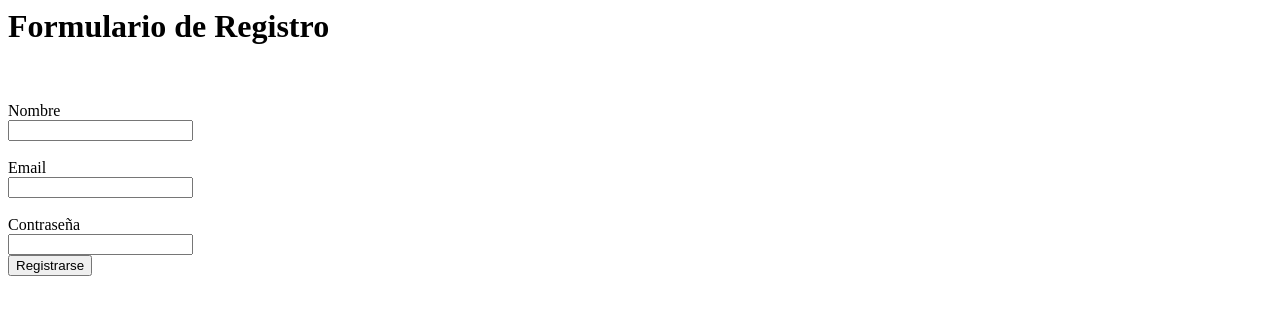
Repository: Oventura19/ejercicios-express-mongo
Page: http://localhost/register
These files come from the project's save history. The page is drawn as it stood at one moment and after the next save; the edit follows.
The browser window is 1280 px wide. The pictures show the whole page.
The page is served by the project's Node server (app.js).

Above is the page before, as saved 2019-09-19 19:13:09.

### app.js
var express = require('express');
var mongoose = require("mongoose");
var bodyParser = require('body-parser');

var app = express();

mongoose.connect(process.env.MONGODB_URL || 'mongodb://localhost:27017/register', { useNewUrlParser: true, useUnifiedTopology: true });
mongoose.connection.on("error", function(e) { console.error(e); });

var schema = mongoose.Schema({
    name: { type: String, default: "" },
    email: { type: String, default: "" },
    password: { type: String, default: "" }
});

var Visitor = mongoose.model("Visitor", schema);

app.use(bodyParser.urlencoded({ extended: true }));

app.get('/', function(req, res) {
    res.send('tablayboton');
});

app.get('/register', function(req, res) {
    res.send('<h1>Formulario de Registro</h1><br><form action="/register" method="post"><br>Nombre<br><label for="username"> <input type="text" id="name" name="name"><br><br>Email<br><label for="email"> <input type="text" id="email" email="email"><br><br>Contraseña<br><label for="password"> <input type="text" id="password" password="password"><br><button type="submit">Registrarse</button></form>');
});

app.post('/register', function(req, res) {
    let registro = {
        name: req.body.name,
        email: req.body.email,
        password: req.body.password
    };
    res.send('/register');
});







app.listen(3000, () => console.log('Listening on port 3000!'));

















/*
const express = require('express');
const app = express();

var mongoose = require("mongoose");

mongoose.connect(process.env.MONGODB_URL || 'mongodb://localhost:27017/mongo-1', { useNewUrlParser: true, useUnifiedTopology: true });
mongoose.connection.on("error", function(e) { console.error(e); });

var schema = mongoose.Schema({
    count: { type: Number, default: 1 },
    name: { type: String, default: "Anónimo" }
});

var Visitor = mongoose.model("Visitor", schema);

app.get('/', function(req, res) {
    var tagId = req.query.name ? req.query.name : "Anónimo";
    Visitor.findOne({ name: tagId }, function(err, visitor) {
        if (!visitor) {
            var first = new Visitor({ name: tagId });
            first.save(function(err) {
                if (err) { return console.error(err) };
                Visitor.find({}, function(err, visits) {
                    if (err) { return console.error(err) }
                    let i = "";
                    visits.forEach(element => {
                        i += "<tr><td>" + element._id + "</td>";
                        i += "<td>" + element.name + "</td>";
                        i += "<td>" + element.count + "</td></tr>";
                    });
                    i = "<table><thead><th>Id</th><th>Name</th><th>Visits</th></thead><tbody>" + i + "</tbody></table>";
                    res.send(i);

                });
            });
        } else {
            visitor.count += 1;
            visitor.save(function(err) {
                if (err) return console.log(err);
                Visitor.find({}, function(err, visits) {
                    if (err) { return console.error(err) }
                    let i = "";
                    visits.forEach(element => {
                        i += "<tr><td>" + element._id + "</td>";
                        i += "<td>" + element.name + "</td>";
                        i += "<td>" + element.count + "</td></tr>";
                    });
                    i = "<table><thead><th>Id</th><th>Name</th><th>Visits</td></thead><tbody>" + i + "</tbody></table>";
                    res.send(i);

                });
            });
        }
    });

});

app.listen(3000, () => console.log('Listening on port 3000!'));*/

After the next save:
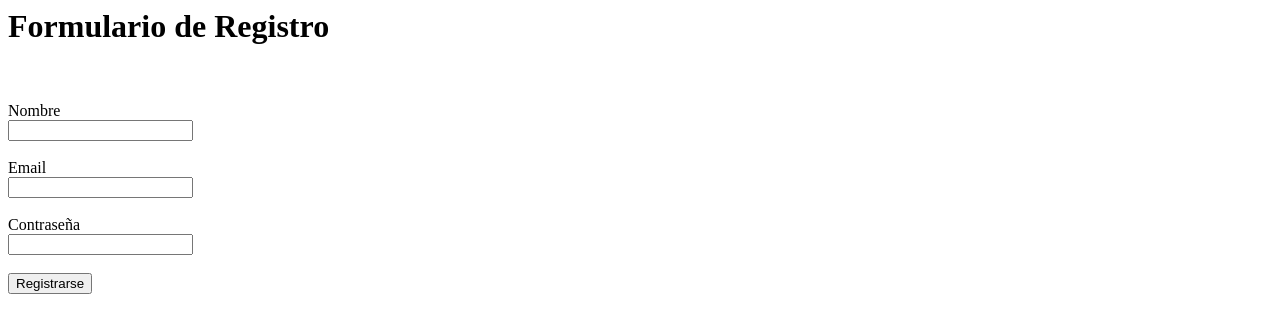
Saved 76 s later.
--- a/app.js
+++ b/app.js
@@ -22,7 +22,7 @@ app.get('/', function(req, res) {
 });
 
 app.get('/register', function(req, res) {
-    res.send('<h1>Formulario de Registro</h1><br><form action="/register" method="post"><br>Nombre<br><label for="username"> <input type="text" id="name" name="name"><br><br>Email<br><label for="email"> <input type="text" id="email" email="email"><br><br>Contraseña<br><label for="password"> <input type="text" id="password" password="password"><br><button type="submit">Registrarse</button></form>');
+    res.send('<h1>Formulario de Registro</h1><br><form action="/register" method="post"><br>Nombre<br><label for="username"> <input type="text" id="name" name="name"><br><br>Email<br><label for="email"> <input type="text" id="email" email="email"><br><br>Contraseña<br><label for="password"> <input type="text" id="password" password="password"><br><br><button type="submit">Registrarse</button></form>');
 });
 
 app.post('/register', function(req, res) {
